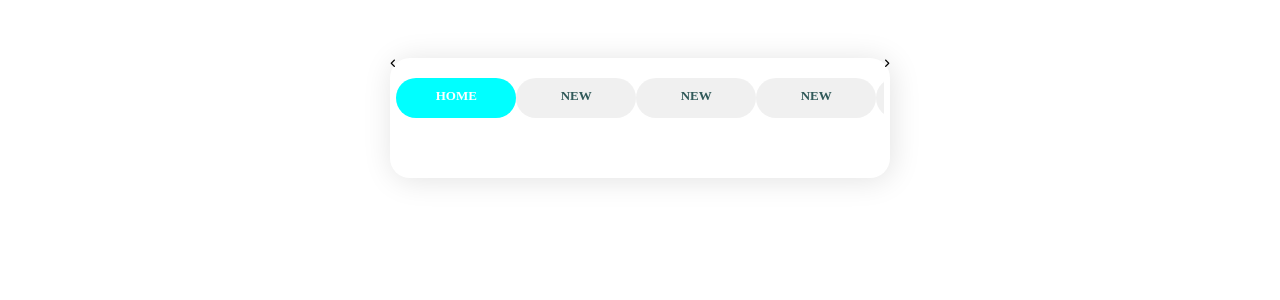
Repository: KHANHD192/JS_evondev
Page: eondev/tab_scroll/index.html
An editor plug-in stored every save of this project. The page is shown before and after the next save, followed by the edit.
The browser window is 1280 px wide. The pictures show the whole page.

Above is the page before, as saved 2023-05-30 21:10:20.

After the next save:
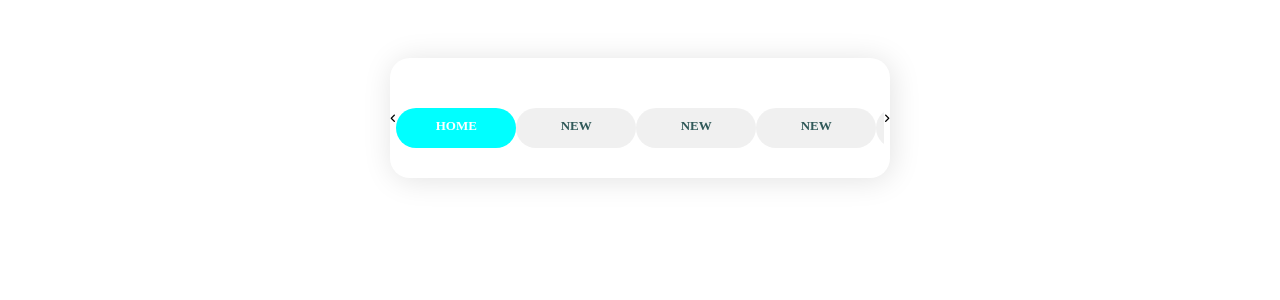
Saved 13 s later.
--- a/eondev/tab_scroll/index.html
+++ b/eondev/tab_scroll/index.html
@@ -40,7 +40,7 @@
         border-radius: 2rem;
         display: flex;
         justify-content: center;
-        align-item :center;
+        align-items:center;
        }
        .tab_list{
         width: 100%;
